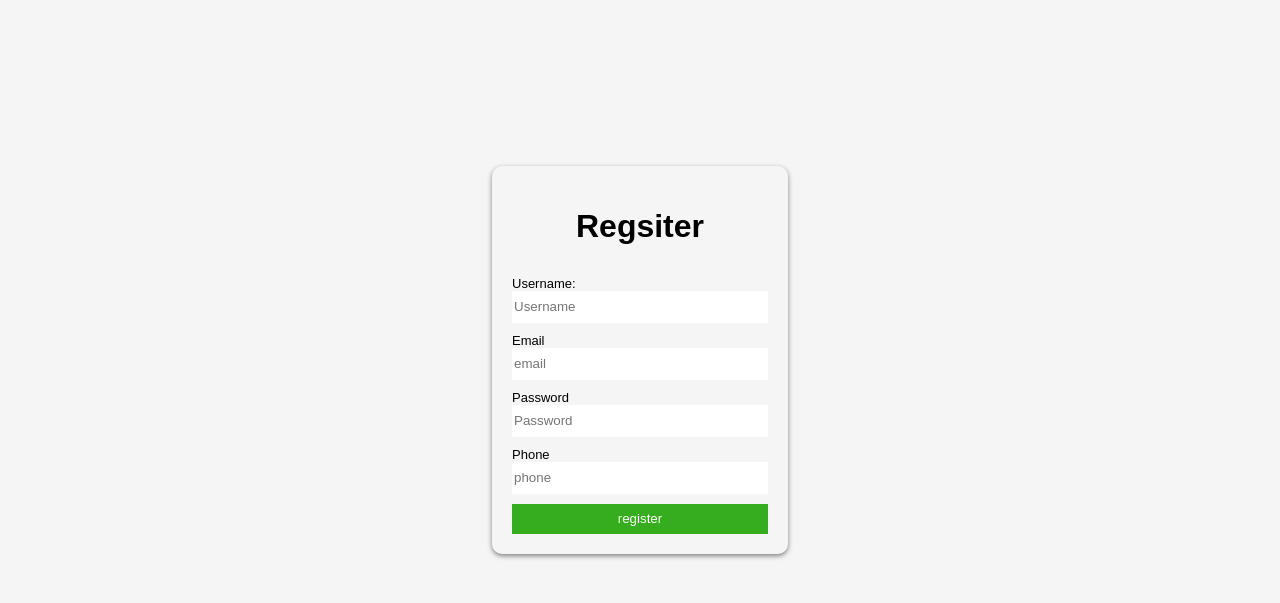
Repository: Dennis-star1001/PHP-CRUD
Page: http://localhost/register.php
The author's editor kept a copy of each file at every save. The page is drawn from the files as they stood at one save, then again after a run of saves.
The browser window is 1280 px wide. The pictures show the whole page.
The page is run by PHP 8.4 with error messages shown; the project is at /var/www/html/.

Above is the page before, as saved 2022-07-05 06:11:21.

### register.php
<?php require("backend.php");
?>
<?php $msg = "";
if (isset($_GET['msg'])) {
    $msg = $_GET['msg'];
} ?>
<!DOCTYPE html>
<html lang="en">

<head>
    <meta charset="UTF-8">
    <meta http-equiv="X-UA-Compatible" content="IE=edge">
    <meta name="viewport" content="width=device-width, initial-scale=1.0">
    <link rel="stylesheet" href="style.css">
    <title>Document</title>
</head>

<body>
    <form method="POST" action="backend.php">
        <div class="container">
            <div class="left">
                <h1 class="title">Regsiter</h1>
                <?php echo $msg ?>
                <div class="input-field">
                    <label for="username">Username:</label>
                    <input type="text" class="text-input" placeholder="Username" name="username" />
                </div>
                <div class="input-field">
                    <label for="email">Email</label>
                    <input type="email" class="text-input" placeholder="email" name="email" />
                </div>
                <div class="input-field">
                    <label for="password">Password</label>
                    <input type="password" class="text-input" placeholder="Password" name="password" />
                </div>
                <div class="input-field">
                    <label for="phone">Phone</label>
                    <input type="phonr" class="text-input" placeholder="phone" name="phone" />
                </div>
                <input type="submit" value="register" class="submit" name="register" />

            </div>

        </div>
    </form>

</body>

</html>

### backend.php
<?php
require("connection.php");

if (isset($_POST['register'])) {
    $username = $_POST['username'];
    $email = $_POST['email'];
    $password = sha1($_POST['password']);
    $phone = $_POST['phone'];

if(empty($username) || empty($email) || empty($password) || empty($phone)){
    header("Location: register.php?msg=Empty field not allowed!");
    exit;
}
    $Insert_sql = "INSERT INTO register SET username = '$username', email='$email', password='$password', phone = '$phone'";
    mysqli_query($conn, $Insert_sql);

    //check if existed
    $Select_sql = "SELECT * FROM register WHERE username = '$username' AND phone = '$phone'";

    $query =  mysqli_query($conn, $Select_sql);


    if (mysqli_num_rows($query) > 0) {
        header("Location: register.php?msg=This user already");
        exit;
    }

}


if (isset($_POST['login'])) {
}

### connection.php
<?php
$conn = mysqli_connect("localhost", "root", "", "Wild_animals");
if(!$conn){
die("Connection failed: " . mysqli_connect_error());
}

### style.css
body {
    margin: 0px;
    font-family: sans-serif;
    background-color: whitesmoke;
}

.title{

    text-align: center;

}

.container{
    display: flex;
    justify-content: center;
    align-items: center;
    height: 100vh;
}
.left{
    display: flex;
    flex-direction: column;
    width: 20%;
    /* border: 1px solid black; */
    box-shadow: 0 2px 5px gray;
    border-radius: 10px;
    padding: 20px;
    gap: 10px;
}
.input-field{
    display: flex;
    flex-direction: column;
}
input{
    height: 30px;
    border: none;

}
input:focus{
    outline: none;
    border-bottom: 1px solid gray;
}
label{
    font-size: 13px;
}
.submit{
    background-color: rgb(54, 173, 30);
    border: none;
    color: white;
}
.error {
    height: 5%;
    width: 100%;
    background-color: pink;
    color: red;
    font-family: sans-serif;
    display: flex;
    justify-content: center;
    align-items: center;
    font-size: 15px;
}

.success {
    height: 10%;
    width: 100%;
    background-color: lightgreen;
    color: green;
    font-family: sans-serif;
    display: flex;
    justify-content: center;
    align-items: center;
    font-size: 15px;
}

After the next 2 saves:
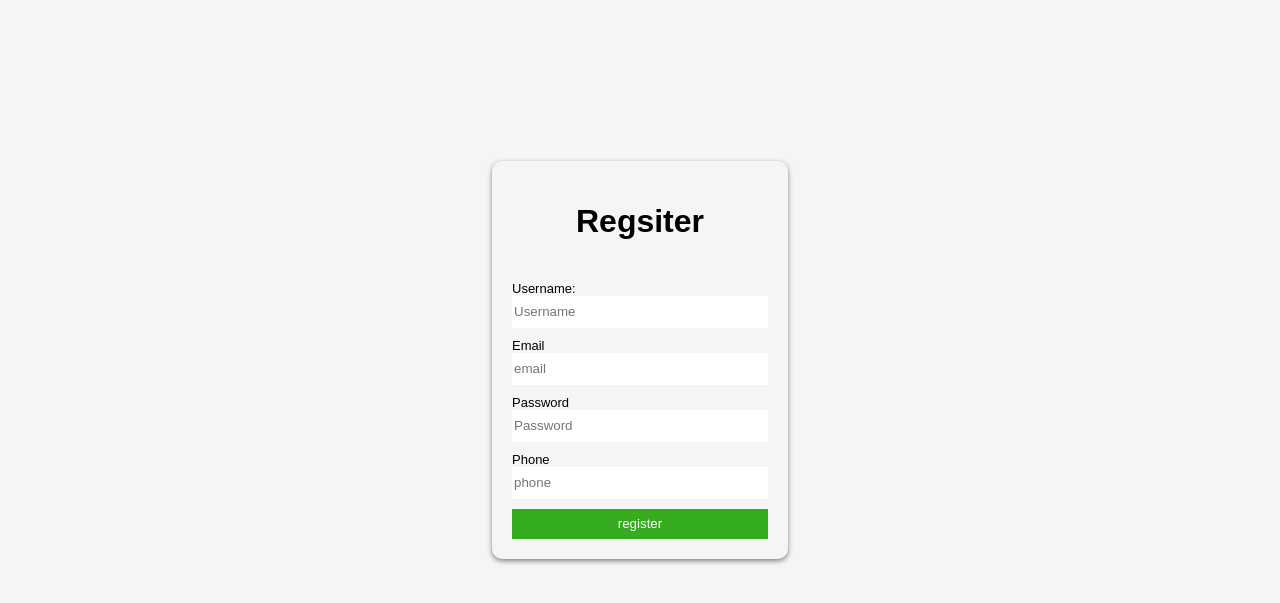
The 2 saves are shown as one change because they came seconds apart.
The last was saved 2 min 21 s later.
--- a/register.php
+++ b/register.php
@@ -20,7 +20,7 @@ if (isset($_GET['msg'])) {
         <div class="container">
             <div class="left">
                 <h1 class="title">Regsiter</h1>
-                <?php echo $msg ?>
+                <?php echo "<div class='error'>$msg</div>" ?>
                 <div class="input-field">
                     <label for="username">Username:</label>
                     <input type="text" class="text-input" placeholder="Username" name="username" />
